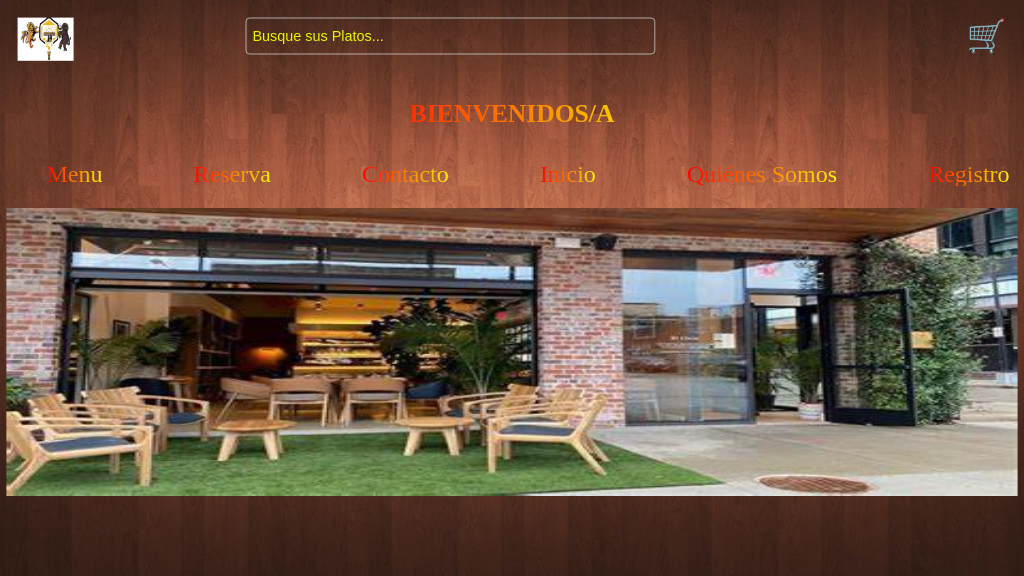
Repository: ye909/app_restaurante
Page: index.html
The author's editor kept a copy of each file at every save. The page is drawn from the files as they stood at one save, then again after the next save.
The browser window is 1280 px wide. The pictures show the whole page, at 80% of full size.
Backgrounds fixed to the window are drawn as part of the page.

Above is the page before, as saved 2025-01-12 01:14:33.
Console error: ReferenceError: menuItems is not defined

### index.html
<!DOCTYPE html>
<html lang="en">

<head>
  <meta charset="UTF-8">
  <meta name="viewport" content="width=device-width, initial-scale=1.0">
  <title>Document</title>
  <link rel="Icon" href="./public/imagen/letra.ico">
  <link rel="stylesheet" href="/css/menu_principal.css">
  <link rel="stylesheet" href="/css/footer.css">
  <link rel="stylesheet" href="/css/heder.css">
  <link rel="stylesheet" href="/css/modal_card.css">
  <link rel="stylesheet" href="/css/stilo.css">
  <link rel="stylesheet" href="/css/menu_navegacion.css">
  <link rel="stylesheet" href="/css/reservar.css">

</head>

<body>
  <header>
    <div class="container_header_card">
      <div class="imagen"><img src="/public/imagen/login.gif" alt=""></div>

      <input type="text" id="buscar" class="buscar" placeholder="Busque sus Platos...">
      <ul id="productList" class="productList"></ul>

      <div id="cart-btn" class="shopping">🛒</div>

  </header>



  <h1 class="bienvenida" id="bienvenida">BIENVENIDOS/A</h1>
  <nav>
    <ul>
      <li id="menu-btn"><a href="#">Menu</a></li>

      <li><a href="./maquetacion/templei/reserva.html" target="_self">Reserva</a></li>
      <li><a href="#contacto">Contacto</a></li>
      <li><a href="./public/templeis/login.html" target="_self">Inicio</a></li>
      <li><a href="#somos">Quiénes Somos</a></li>
      <li><a href="./public/templeis/registro.html" target="_self">Registro</a> </li>
    </ul>
  </nav>
 <img src="./public/imagen/rrstaurante1.jpg" alt="" class="imgRestaurante">

  <main id="menu-view" class="menu-view">
    <div class="filter-buttons">
      <button class="filter" data-region="Todos">Todos</button>
      <button class="filter" data-region="Latinoamérica">Latinoamérica</button>
      <button class="filter" data-region="Centroamérica">Centroamérica</button>
      <button class="filter" data-region="Suramérica">Suramérica</button>
    </div>
    <div id="menu-items" class="menu-items"></div>
    <div>
      <h1>aaas</h1>
    </div>
    <audio id="clickSound" src="./public/audio/mouse_btn3.mp3"></audio>
  </main>


  <main id="cart-view" class="cart-view">
    <h2 class="carro">Carrito de Compras</h2>
    <div id="cart-items" class="cart-items"></div>
    <div class="cart-total">
      <p>Total: <span id="cart-total">$0.00</span></p>
      <button id="back-to-menu">Volver al Menú</button>
      <button id="Domicilio"> <a href="./maquetacion/templei/domicilio.html"  target="_self">Domicilio</a></button>

    </div>
  </main>
 <!--
  <div class="container_card_persona">

    <article class="container_persona">
      <img src="./public/imagen/mona.jpg" alt=""><br><br>
      <h3>Leidi Lorena Lopez Calzado</h3>
      <p>Soy gerente tecnologico de acesdrack </p>
    </article>

    <article class="container_persona">
      <img src="./public/imagen/afro.jpg" alt=""><br><br>
      <h3>Jose ramirez lopez</h3>
      <p>Soy profecional en derecho social</p>
    </article>


    <article class="container_persona">
      <img src="./public/imagen/indigena.jpg" alt=""><br><br>
      <h3>Ana Maria Pradro Ramirez</h3>
      <p>Soy profecional en derecho social</p>
    </article>

    <article class="container_persona">
      <img src="./public/imagen/mestizo.jpg" alt=""><br><br>
      <h3>Andres Jose morra</h3>
      <p>Soy profecional en derecho social</p>
    </article>


  </div>

  <p class="text_invitacion"> Los envitamos a que descubra una explosión de sabores en cada bocado. <br>
    Tu próxima experiencia gastronómica inolvidable te espera.
  </p>
  <br> <br>

  <div class="quienes_somos" id="somos">
    <h1>Quiénes Somos</h1>
    <p>En <strong>Gostriafromix</strong>, somos un restaurante apasionado por la buena comida y el servicio de calidad.
      <br>
      Fundado con el propósito de ofrecer una experiencia gastronómica única, combinamos ingredientes frescos con
      recetas innovadoras para crear platos que deleitan el paladar. <br>
      Nuestro equipo está compuesto por chefs experimentados y personal dedicado que trabaja día a día para hacer que
      cada visita sea inolvidable.
    </p>
    <p>Nuestro objetivo es brindarte un ambiente acogedor donde puedas disfrutar de momentos especiales, ya sea con
      amigos, familiares o en una ocasión especial. Te invitamos a
      visitarnos y descubrir por qué somos el lugar preferido por los amantes de la buena comida.</p>
  </div>

  <footer>
    <div class="conataine_footer">
      <div>
        <h4>Servicio al ciudadano</h4>
        <p><span>L</span>ínea directa <br> <br> (601) 2773555</p>
        <p id="domicilio"><span>S</span>ervicios ha domicilio<br> <br>328866178 <br><br>Dirreccion calle 12# 43-23 sur
        </p>

      </div>

      <div>
        <h4>Lineas de atencion</h4>
        <p><span>E</span>n Bogotá, <br> desde fijo o celular, al <br><br>
          (601) 307 70 51 <br><br>
          01 8000 930100 <br><br>
          <span>D</span>esde celular marca <br><br>
          #961
        </p>
      </div>
      <div>
        <h4>Redes</h4>
        <div><a href=""><i class="fa-brands fa-facebook"> </i></a> Facebook</div>
        <div><a href=""><i class="fa-brands fa-twitter"></i></a>Twitter</div>
        <div><a href=""><i class="fa-brands fa-linkedin"></i> </a>Linkedin</div>
        <div><a href=""><i class="fa-brands fa-instagram"></i></a> Instagram</div>
      </div>
      <div>
        <h4 id="contacto">Contacto</h4>
        <p><span>D</span>irección Nacional<br><br>
          <span>C</span>arrera 85K No. 46A-66<br><br>
          <span>b</span>ogotá D.C., Colombia<br><br>
          <span>T</span>eléfono administrativo<br><br>
          (60)1 419 3000
        </p>
      </div>

      <div>
        <h4> Canales de atención</h4>
        <p><a href="#">Preguntas frecuentes</p></a><br>
        <p><a href="#">Escríbe tu PQRS</p></a><br>
        <p><a href="#">Nuestras sedes</p></a>
      </div>
    </div>
  </footer>
  <div class="container_final">2024 Bogota Colombia D.C</div> -->


  <script src="./js/script.js"></script>
  <script src="./js/productos.js"></script>
  <script src="./js/dinamico.js"></script>
</body>

</html>

### css/menu_principal.css
:scope{
    padding: 0%;
    margin: 0%;
    overflow: scroll;
}

html {
    scroll-behavior: smooth;
    background-image: url(../public/imagen/janos.jpg);
    background-repeat: no-repeat;
    background-size: cover;
    background-attachment: fixed;
    background-size: 100% 100%;
    height: auto;
  }

/*
  .imgRestaurante {
    width: 100%;
    height: 50vh;
  }

  .container_card_persona {
    display: flex;
    justify-content: space-around;
    align-items: center;
    flex-direction: row;
    flex-wrap: wrap;
    padding: 10px;
  }
  .container_persona {
    width: 10%;
    background: rgba(26, 25, 25, 0.6);
    border-radius: 4px;
    color: white;
    padding: 10px;
    height: auto;
    box-shadow: rgb(8, 8, 8) 1px 2px 2px 2px;
  }
  .container_persona img {
    object-fit: cover;
    width: 100%;
    margin-top: -30px;
    border-radius: 80px;
    box-shadow: rgb(8, 4, 247) 1px 1px 1px;
  }

  h3 {
    text-align: center;
    color: yellow;
  }
  .container_persona p {
    padding: 6px;
    font-size: 18px;
    list-style: 1.4;
  }

  .quienes-somos {
    width: 100%;
    text-align: center;
    background: rgba(232, 232, 157, 0.4);
  }
  .quienes-somos p {
    font-size: 30px;
    line-height: 1.4;
  }

  .text_invitacion {
    font-size: 25px;
    line-height: 1.4;
    width: 99%;
    text-align: center;
    background: rgba(232, 232, 157, 0.2);
  }
   */

### css/footer.css
.conataine_footer {
  display: flex;
  justify-content: space-between;
  flex-direction: row;
  flex-wrap: wrap;
  margin: 10px;
}

p {

  padding: 5px;
  font-size: 20px;
  font-weight: bold;
}
span {
  font-size: 25px;
}
.quienes_somos {
  background:rgba(161, 161, 59, 0.5);
}
.quienes_somos p{
  text-align: center;
font-size: 25px;
}
:is(.container_final) {
  display: flex;
  justify-content: center;
  align-items: center;
}

h4 {
  color: blue;
  font-size: 30px;
}
:is(.container_final, h4, i) {
  padding: 10px;
}
.container_final {
  background: rgba(12, 12, 12, 0.2);
  color: white;
}
.fa-facebook {
  color: rgb(5, 5, 253);
}
.fa-twitter {
  color: rgb(8, 123, 245);
}
.fa-linkedin {
  color: rgb(71, 71, 155);
}
.fa-instagram {
  color: rgb(243, 17, 17);
}
a {
  cursor: pointer;

}
footer a {
  font-size: 20px;
  color: white;
}
footer {
  background: rgba(10, 10, 10, 0.6);
  color: white;
}

### css/heder.css
.container_header_card{
    display: flex;
    justify-content: space-between;
    justify-items: center;
    flex-direction: row;
    flex-wrap: wrap;
    padding: 14px;
    }

 .productList {
     list-style-type: none;
     padding: 0;
 }

 .productList li {
     padding: 10px;
     border-bottom: 1px solid #ccc;
 }

 .productList li:last-child {
     border-bottom: none;
 }

  .container_header_card img{
    width: 70px;
}
  .shopping{
    font-size: 40px;
cursor: pointer;
}
.buscar::placeholder{
    color:rgb(232, 248, 3);
    font-size: 18px;
}

.buscar {
    width: 40%;
    height: 3.9vh;
    background:transparent;
    color:white;
    font-size: 18px;
    border-radius: 5px;
    margin-left: 20px;
}
:is(.bienvenida,
 .buscar){
     padding: 8px;
 }
 .bienvenida{
    background-image:linear-gradient(to left, rgb(4, 151, 4), rgb(248, 244, 7),  red,rgb(14, 14, 240));
    -webkit-text-fill-color:transparent;
    -webkit-background-clip: text;
    background-clip: text;
    text-align: center;


}

### css/modal_card.css
t-items{
     display: none;
}
.card {
  width: 15%;
  height: 20vh;
  padding: 10px;
  background: rgba(0, 0, 0, 0.4);
  border-radius: 10px;
}
h1{
  text-align: center;
  padding: 10px;

}
.carro{
  color:yellow;
}
.card img {
  width: 100%;
  height: 150px;
  object-fit: cover;
  border-radius: 5px;
}
.cart-view,.menu-view{
  display: none;
}
.card button {
  margin-top: 10px;
  background-color: #007bff;
  color: white;
  border: none;
  padding: 10px;
  border-radius: 5px;
  cursor: pointer;
}

.card button:hover {
  background-color: #0056b3;
}

.cart-total {
  text-align: right;
  margin: 20px;
}


.cart-total{
  font-size: 20px;
  color:blue;
}
button {
  width: 270px;
  padding: 10px;

  margin: 10px;
  transition: background-color 0.3s ease, transform 0.2s ease;
  border-radius: 20px ;
  background: rgba(247, 247, 248, 0.568) ;
  color: blue;
  font-size: 20px;
}
button:hover {
  border: none;
  background: #0606f8fd;
  color: black;
  box-shadow: rgb(7, 71, 236) 2px 2px 2px, rgb(7, 71, 236) 2px 2px 2px,
    rgb(7, 71, 236) 2px 2px 2px, rgb(7, 71, 236) 2px 2px 2px;
}

### css/stilo.css


/*

    .filter-buttons {
      margin: 20px;
      text-align: center;
    }

    .filter {
      margin: 5px;
      padding: 10px 15px;
      background-color: #007bff;
      color: white;
      border: none;
      cursor: pointer;
      border-radius: 5px;
    }

    .filter:hover {
      background-color: #0056b3;
    }
    .menu-items,.cart-view{
      display: flex;
      justify-content: space-between;
      justify-content: center;
      flex-direction: row;
      flex-wrap: wrap;
      gap: 20px;
    }
     */

### css/menu_navegacion.css


ul{
display: flex;
justify-content: space-between;
text-align: center;
flex-direction: row;
flex-wrap: wrap;
}
li{
    font-size: 30px;
    list-style: none;
margin: 10px;

}
.imgRestaurante {
    width: 100%;
    height: 50vh;

  }
a{

    list-style: none;
    text-decoration: none;
    color: blue;
}
li:hover{
    transition: 1s ease , transform 1s ease;
    border-bottom: 2px solid yellow;


}
nav a{
    background-image:linear-gradient(to left, rgb(248, 244, 7),  red);
    -webkit-text-fill-color:transparent;
    -webkit-background-clip: text;
    background-clip: text;
    text-align: center;
}

### css/reservar.css

html {
    scroll-behavior: smooth;
    background-image: url(../public/imagen/fondo_card.jpg);
    background-repeat: no-repeat;
    background-size: cover;
    background-attachment: fixed;
    background-size: 100% 100%;
    height: auto;
  }
.container {
    max-width: 450px;
    margin: 100px 700px;
    background:rgba(14, 13, 13,0.3);
    box-shadow: rgb(7, 71, 236)  1px 1px 1px 2px,rgb(7, 71, 236) 1px  1px 1px 2px;
    padding: 20px;
    border-radius: 8px;

}
.form{
  padding: 10px;
  margin-left: 30px;
}
.title {
    text-align: center;
    font-size: 30px;
    margin-bottom: 20px;
  }

  .form-group {
    margin-bottom: 15px;
  }


  label {
    display: block;
    margin-bottom: 5px;
    font-weight: bold;
    font-size: 25px;
  }
  ::placeholder{
    font-size: 20px;
  }
  input:focus{

  outline: 1px solid #007BFF;
  background:transparent;
  color:white;
  }
  input, textarea {
    width: 80%;
    padding: 10px;
    border: 1px solid #ccc;
    border-radius: 4px;
  }
  #hora{
    width: 60%;
  }

  .inline-group {
    display: flex;
    gap: 15px;
  }

  .inline-group > div {
    flex: 1;
  }

  textarea {
    resize: vertical;
  }

.submit-button {
  width: 86%;
  padding: 10px;
  background-color: #007BFF;
  color: white;
  border: none;
  border-radius: 4px;
  font-size: 16px;
  cursor: pointer;
}

.submit-button:hover {
  background-color: #0056b3;
}

/*crear la animacion donde el mensaje salga de ariba asta el centro de la panta */

.container_modal_reserva{
  transition: 2s;
  max-width: 450px;
  margin: 100px 700px;
  background:rgba(14, 13, 13,0.3);
  box-shadow: rgb(7, 71, 236)  1px 1px 1px 2px,rgb(7, 71, 236) 1px  1px 1px 2px;
  padding: 20px;
  border-radius: 8px;
 opacity: 0;

}
h1 {
  color: #007bff;
  text-align: center;
}
p {
  line-height: 1.4;
  font-size: 24px;
}
.mensaje{
  text-align: center;
  font-weight: bolder;
}
.validar_nombre{
    font-size: 30px;
    color: white;
}

### js/script.js

  let cart = [];
  let selectedRegion = "Todos";

  const menuView = document.getElementById("menu-view");
  const cartView = document.getElementById("cart-view");
  const menuItemsContainer = document.getElementById("menu-items");
  const cartItemsContainer = document.getElementById("cart-items");
  const cartTotal = document.getElementById("cart-total");

  document.querySelectorAll(".filter").forEach(button => {
    button.addEventListener("click", () => {
      selectedRegion = button.getAttribute("data-region");
      renderMenu();
    });
  });

  document.getElementById("menu-btn").addEventListener("click", () => {
    menuView.style.display = "block";
    cartView.style.display = "none";
  });

  document.getElementById("cart-btn").addEventListener("click", () => {
    menuView.style.display = "none";
    cartView.style.display = "block";
    renderCart();
  });

  document.getElementById("back-to-menu").addEventListener("click", () => {
    menuView.style.display = "block";
    cartView.style.display = "none";
  });

  function renderMenu() {
    menuItemsContainer.innerHTML = "";
    const filteredItems = selectedRegion === "Todos" ? menuItems : menuItems.filter(item => item.region === selectedRegion);
    filteredItems.forEach(item => {
      const card = document.createElement("div");
      card.className = "card";
      card.innerHTML = `
        <img src="${item.image}" alt="${item.name}">
        <h3>${item.name}</h3>
        <p>${item.description}</p>
        <p><strong>$${item.price.toFixed(2)}</strong></p>
        <button onclick="addToCart(${item.id})">Agregar</button>
      `;
      menuItemsContainer.appendChild(card);
    });
  }

  function renderCart() {
    cartItemsContainer.innerHTML = "";
    cart.forEach(item => {
      const cartItem = document.createElement("div");
      cartItem.className = "card";
      cartItem.innerHTML = `
        <h3>${item.name}</h3>
        <p>Cantidad: ${item.quantity}</p>
        <p><strong>$${(item.price * item.quantity).toFixed(2)}</strong></p>
      `;
      cartItemsContainer.appendChild(cartItem);
    });
    const total = cart.reduce((sum, item) => sum + item.price * item.quantity, 0);
    cartTotal.textContent = `$${total.toFixed(2)}`;
  }

  function addToCart(id) {
    const item = menuItems.find(item => item.id === id);
    const cartItem = cart.find(item => item.id === id);
    if (cartItem) {
      cartItem.quantity++;
    } else {
      cart.push({ ...item, quantity: 1 });
    }
  }

  renderMenu();

### js/productos.js
const menuItems = [
  { id: 1, name: "Tacos al Pastor", description: "Delicious tacos", price: 12.99, image: "https://via.placeholder.com/150", region: "Latinoamérica" },
  { id: 2, name: "Pupusas", description: "Thick griddle cakes", price: 9.99, image: "https://via.placeholder.com/150", region: "Centroamérica" },
  { id: 3, name: "Ceviche", description: "Fresh seafood", price: 15.99, image: "https://via.placeholder.com/150", region: "Suramérica" },
];


// const menuItems = [

//     {
//       id:1,
//       nombre: "Bebida caliente",
//       img: "./public/imagen/bebidas_calientes1.PNG",
//       precio: 20000,
//       descripcion1: "hecho en los mejores lugares de paris",
//       cantidad: 1,
//     },

//     {
//       id:4,
//     precio:10000,
//     nombre:"carne",
//     img:"./public/imagen/mexica1.jpg",
//       descripcion:"Los tacos son uno de los mida "
//     , descripcion1:"tanos"
//     },
//     {
//       id:5,
//       precio:100,
//       nombre:"Sancocho",
//       img:"./public/imagen/sancocho.webp",
//         descripcion:"ya no kkkkk",
//          descripcion1:"plato de casula"
//     },
//     {
//       id:6,
//       precio:30000,
//     nombre:"Lechona",
//     img:"./public/imagen/mexica2.jpg",
//       descripcion:"La lechona es un plato típico de la "
//      ,descripcion1:"plátanos rellenos"
//     },
//     {
//       id:7,
//     precio:90000,
//     nombre:"Postre",
//     img:"./public/imagen/postre2.PNG",
//       descripcion:"ya nhhjshhshao ",
//        descripcion1:"Sabor y dulsura en el plato"
//     },
//     {
//       id:8,
//     precio:10000,
//     nombre:"Coltel",
//     img:"./public/imagen/coltel.webp",
//       descripcion:"Los tacos son uno de comida "
//     , descripcion1:"tanos"
//     },

//     {
//       id:10,
//       precio:30000,
//     nombre:"Cerveza",
//     img:"./public/imagen/cervezas.webp",
//       descripcion:"La lechona es un conoce como "
//      ,descripcion1:"plátanos rellenos"
//     },
//     {
//       id:9,
//       precio:100,
//       nombre:"plátanos rellenos",
//       img:"./public/imagen/platano.PNG",
//         descripcion:"ya no kkkkk",
//          descripcion1:"Rellenos de bocadillo y queso"
//     },
//     {
//       id:10,
//       precio:30000,
//     nombre:"Jugos",
//     img:"./public/imagen/JUGOS_NATURALES.jpg",
//       descripcion:"La lechona es unente se conoce como "
//      ,descripcion1:"plátanos rellenos"
//     },
//     {
//       id:11,
//     precio:90000,
//     nombre:"Arrozanas",
//     img:"./public/imagen/mexico6.jpg",
//       descripcion:"ya nhhjshhshao ",
//        descripcion1:"plátanos rellenos"
//     },
//     {
//     id:11,
//     precio:90000,
//     nombre:"Licor",
//     img:"./public/imagen/licores.webp",
//       descripcion:"ya nhhjshhshao ",
//        descripcion1:"plátanos rellenos"
//     }
//     //    contenido:"ya no"
//   ];

### js/dinamico.js


const menuview = document.getElementById("menu-view")
const menu_principal=document.getElementById("menu_principal").addEventListener("click",ver_menu)

// texto de bienvenida

setTimeout(()=>{
    const bienvenida = document.getElementById("bienvenida").remove()
    bienvenida.style.transition=" background-color 0.3s ease, transform 0.7s ease; "
},3000)


// audio de los botones
const playSound = function () {
    var audio = document.getElementById("clickSound");
    audio.play();
  }





// // Ejemplo de notificación (opcional)
// document.getElementById('btnboton_agregar').addEventListener('click', () => {
//     if (Notification.permission === 'granted') {
//         new Notification('¡Hola desde tu PWA!');
//     } else if (Notification.permission !== 'denied') {
//         Notification.requestPermission().then((permission) => {
//             if (permission === 'granted') {
//                 new Notification('¡Hola desde tu PWA!');
//             }
//         });
//     }
// });

After the next save:
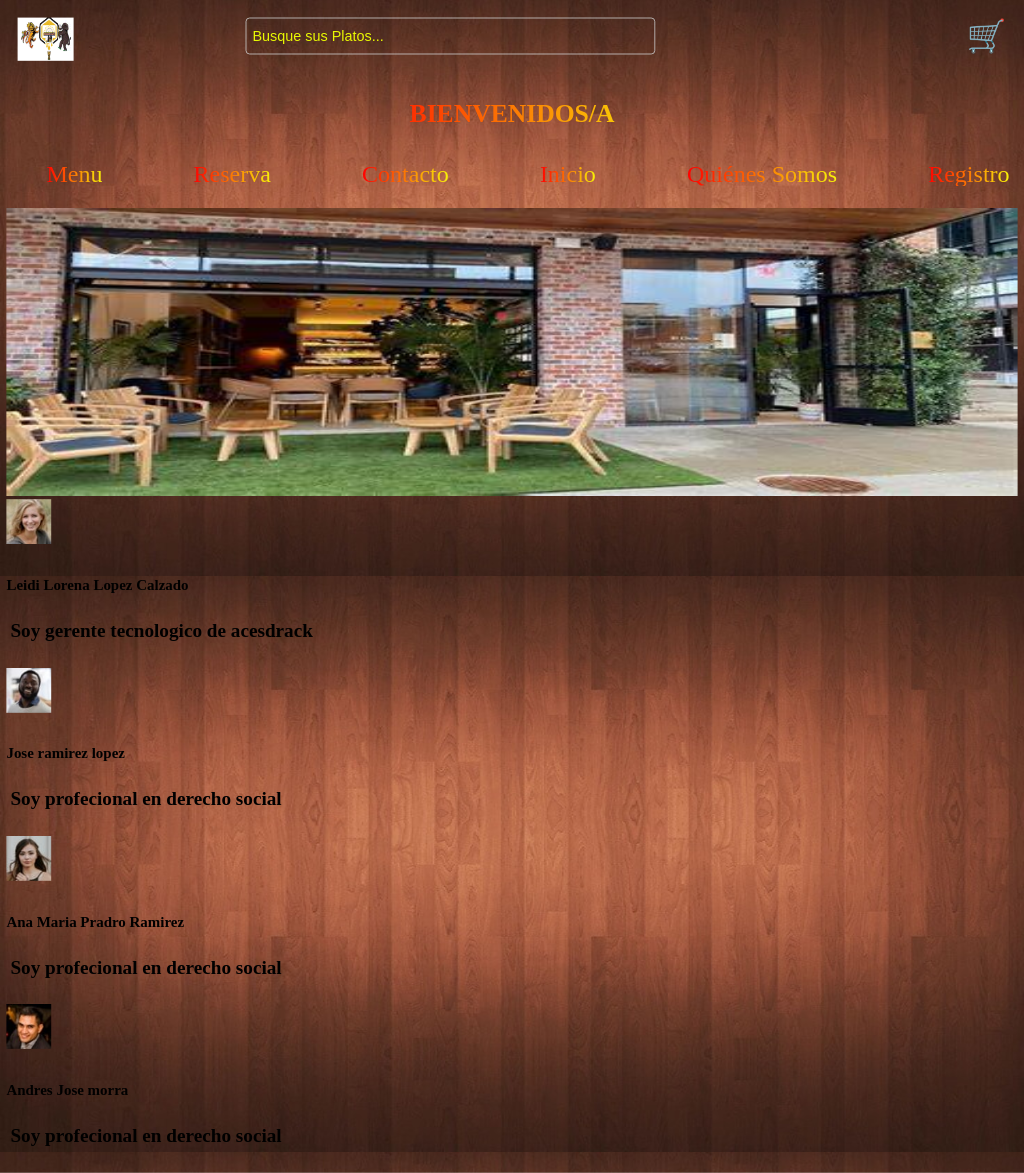
Saved 5 h 59 min later.
--- a/index.html
+++ b/index.html
@@ -69,7 +69,7 @@
 
     </div>
   </main>
- <!--
+
   <div class="container_card_persona">
 
     <article class="container_persona">
@@ -99,7 +99,7 @@
 
 
   </div>
-
+  <!--
   <p class="text_invitacion"> Los envitamos a que descubra una explosión de sabores en cada bocado. <br>
     Tu próxima experiencia gastronómica inolvidable te espera.
   </p>
